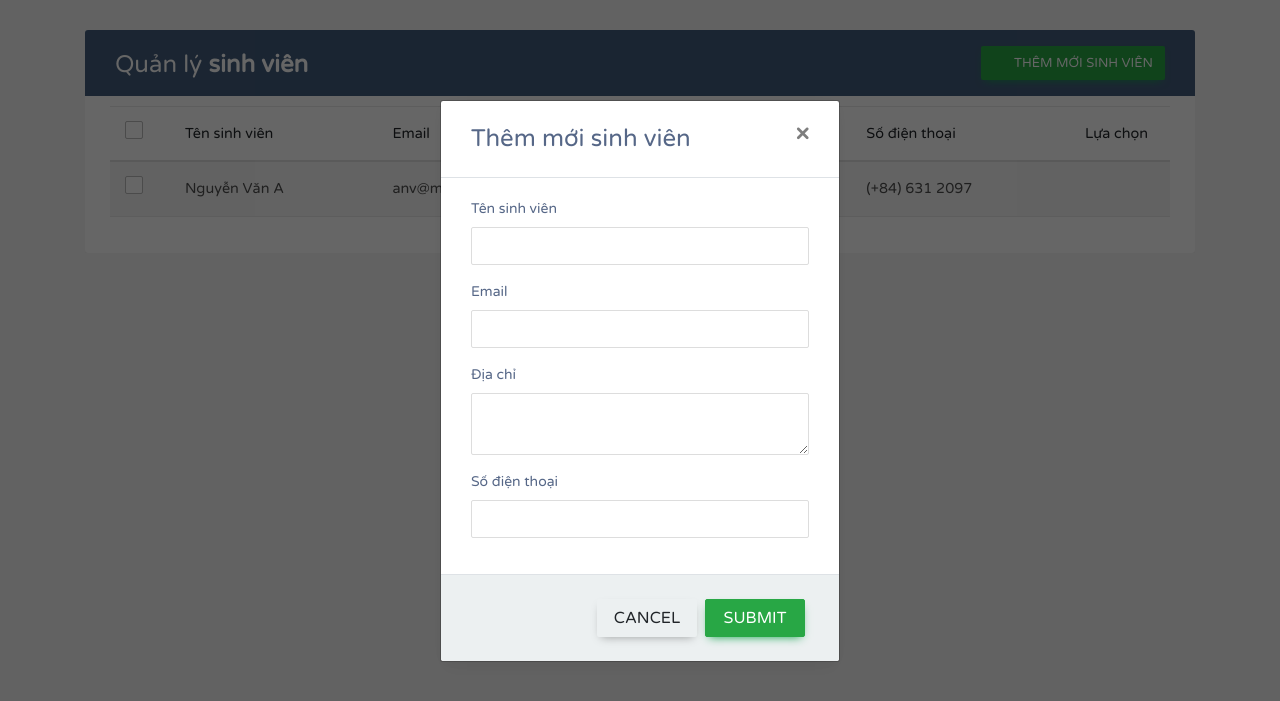
Repository: TinhTT336/MD02_Session06
Page: /, after clicking the first element matching `a.btn`
The author's editor kept a copy of each file at every save. The page is drawn from the files as they stood at one save, then again after the next save.
The browser window is 1280 px wide. The pictures show the whole page.
Some web libraries are served in a nearby version. The project was rebuilt for these pictures with package versions that can differ from the ones it lists, and the page was loaded fresh each time. Also part of the build but not shown: vite.config.js, src/mini_project/TodoList.jsx, src/mini_project/Todo.jsx, src/base/Input.jsx, src/base/Radio.jsx, src/base/Checkbox.jsx, src/Homework/AddModal.jsx, src/Homework/DeleteModal.jsx and 11 more.

Above is the page before, as saved 2023-09-04 17:29:27.

### index.html
<!doctype html>
<html lang="en">

<head>
  <meta charset="UTF-8" />
  <link rel="icon" type="image/svg+xml" href="/vite.svg" />
  <meta name="viewport" content="width=device-width, initial-scale=1.0" />
  <title>Vite + React</title>
  <link href="https://cdnjs.cloudflare.com/ajax/libs/font-awesome/6.0.0/css/all.min.css" rel="stylesheet" />
  <link href="https://fonts.googleapis.com/css?family=Roboto:300,400,500,700&display=swap" rel="stylesheet" />
  <link href="https://cdnjs.cloudflare.com/ajax/libs/mdb-ui-kit/6.2.0/mdb.min.css" rel="stylesheet" />
  <link rel="stylesheet" href="https://fonts.googleapis.com/css?family=Roboto|Varela+Round">
  <link rel="stylesheet" href="https://stackpath.bootstrapcdn.com/bootstrap/4.5.0/css/bootstrap.min.css">
  <link rel="stylesheet" href="https://fonts.googleapis.com/icon?family=Material+Icons">
  <link rel="stylesheet" href="https://maxcdn.bootstrapcdn.com/font-awesome/4.7.0/css/font-awesome.min.css">
  <link rel="stylesheet" href="./public/css/index.css">

</head>

<body>
  <div id="root"></div>
  <script type="module" src="/src/main.jsx"></script>
</body>

</html>

### public/css/index.css
body {
	color: #566787;
	background: #f5f5f5;
	font-family: 'Varela Round', sans-serif;
	font-size: 13px;
}

.table-responsive {
	margin: 30px 0;
}

.table-wrapper {
	background: #fff;
	padding: 20px 25px;
	border-radius: 3px;
	min-width: 1000px;
	box-shadow: 0 1px 1px rgba(0, 0, 0, .05);
}

.table-title {
	padding-bottom: 15px;
	background: #435d7d;
	color: #fff;
	padding: 16px 30px;
	min-width: 100%;
	margin: -20px -25px 10px;
	border-radius: 3px 3px 0 0;
}

.table-title h2 {
	margin: 5px 0 0;
	font-size: 24px;
}

.table-title .btn-group {
	float: right;
}

.table-title .btn {
	color: #fff;
	float: right;
	font-size: 13px;
	border: none;
	min-width: 50px;
	border-radius: 2px;
	border: none;
	outline: none !important;
	margin-left: 10px;
}

.table-title .btn i {
	float: left;
	font-size: 21px;
	margin-right: 5px;
}

.table-title .btn span {
	float: left;
	margin-top: 2px;
}

table.table tr th,
table.table tr td {
	border-color: #e9e9e9;
	padding: 12px 15px;
	vertical-align: middle;
}

table.table tr th:first-child {
	width: 60px;
}

table.table tr th:last-child {
	width: 100px;
}

table.table-striped tbody tr:nth-of-type(odd) {
	background-color: #fcfcfc;
}

table.table-striped.table-hover tbody tr:hover {
	background: #f5f5f5;
}

table.table th i {
	font-size: 13px;
	margin: 0 5px;
	cursor: pointer;
}

table.table td:last-child i {
	opacity: 0.9;
	font-size: 22px;
	margin: 0 5px;
}

table.table td a {
	font-weight: bold;
	color: #566787;
	display: inline-block;
	text-decoration: none;
	outline: none !important;
}

table.table td a:hover {
	color: #2196F3;
}

table.table td a.edit {
	color: #FFC107;
}

table.table td a.delete {
	color: #F44336;
}

table.table td i {
	font-size: 19px;
}

table.table .avatar {
	border-radius: 50%;
	vertical-align: middle;
	margin-right: 10px;
}

.pagination {
	float: right;
	margin: 0 0 5px;
}

.pagination li a {
	border: none;
	font-size: 13px;
	min-width: 30px;
	min-height: 30px;
	color: #999;
	margin: 0 2px;
	line-height: 30px;
	border-radius: 2px !important;
	text-align: center;
	padding: 0 6px;
}

.pagination li a:hover {
	color: #666;
}

.pagination li.active a,
.pagination li.active a.page-link {
	background: #03A9F4;
}

.pagination li.active a:hover {
	background: #0397d6;
}

.pagination li.disabled i {
	color: #ccc;
}

.pagination li i {
	font-size: 16px;
	padding-top: 6px
}

.hint-text {
	float: left;
	margin-top: 10px;
	font-size: 13px;
}

/* Custom checkbox */
.custom-checkbox {
	position: relative;
}

.custom-checkbox input[type="checkbox"] {
	opacity: 0;
	position: absolute;
	margin: 5px 0 0 3px;
	z-index: 9;
}

.custom-checkbox label:before {
	width: 18px;
	height: 18px;
}

.custom-checkbox label:before {
	content: '';
	margin-right: 10px;
	display: inline-block;
	vertical-align: text-top;
	background: white;
	border: 1px solid #bbb;
	border-radius: 2px;
	box-sizing: border-box;
	z-index: 2;
}

.custom-checkbox input[type="checkbox"]:checked+label:after {
	content: '';
	position: absolute;
	left: 6px;
	top: 3px;
	width: 6px;
	height: 11px;
	border: solid #000;
	border-width: 0 3px 3px 0;
	transform: inherit;
	z-index: 3;
	transform: rotateZ(45deg);
}

.custom-checkbox input[type="checkbox"]:checked+label:before {
	border-color: #03A9F4;
	background: #03A9F4;
}

.custom-checkbox input[type="checkbox"]:checked+label:after {
	border-color: #fff;
}

.custom-checkbox input[type="checkbox"]:disabled+label:before {
	color: #b8b8b8;
	cursor: auto;
	box-shadow: none;
	background: #ddd;
}

/* Modal styles */
.modal .modal-dialog {
	max-width: 400px;
}

.modal .modal-header,
.modal .modal-body,
.modal .modal-footer {
	padding: 20px 30px;
}

.modal .modal-content {
	border-radius: 3px;
	font-size: 14px;
}

.modal .modal-footer {
	background: #ecf0f1;
	border-radius: 0 0 3px 3px;
}

.modal .modal-title {
	display: inline-block;
}

.modal .form-control {
	border-radius: 2px;
	box-shadow: none;
	border-color: #dddddd;
}

.modal textarea.form-control {
	resize: vertical;
}

.modal .btn {
	border-radius: 2px;
	min-width: 100px;
}

.modal form label {
	font-weight: normal;
}

### src/App.jsx
import { useState } from "react";
import reactLogo from "./assets/react.svg";
import viteLogo from "/vite.svg";
import "./App.css";
import TodoList from "./mini_project/TodoList";
import Todo from "./mini_project/Todo";
import Input from "./base/Input";
import Radio from "./base/Radio";
import Checkbox from "./base/Checkbox";
import Index from "./Homework/Index";
import Index_Manager from "./ManagerStudent/Index_Manager";
import Todos from "./mini_project/Todos";
import TodoJob from "./mini_project/TodoJob";
import Index_02 from "./Manager_Student/Index_02";

function App() {
  const [count, setCount] = useState(0);

  return (
    <>
      {/* <TodoList /> */}
      {/* <Todo /> */}
      {/* <Input /> */}
      {/* <Radio /> */}
      {/* <Checkbox /> */}
      {/* <Index /> */}
      {/* <Index_Manager /> */}
      {/* <Todos /> */}
      {/* <TodoJob /> */}
      <Index_02 />
    </>
  );
}

export default App;

### src/App.css
.modal {
  position: fixed;
  top: 0;
  left: 0;
  right: 0;
  bottom: 0;
  background-color: rgba(0, 0, 0, 0.6);
  z-index: 1050;
  display: block !important;
  width: 100%;
  height: 100%;
  overflow: hidden;
  outline: 0;
}

.fade:not(.show) {
  opacity: 1;
}

.modal-dialog {
  margin-top: 150px;
}

### src/Manager_Student/Index_02.jsx
import React from 'react'
import List_Student from './List_Student'

export default function Index_02() {
    return (
        <div>
            <List_Student />
        </div>
    )
}

### src/Manager_Student/List_Student.jsx
import React, { useState } from 'react'
import AddForm from './AddForm';

export default function List_Student() {
    const [showAdd, setShowAdd] = useState(false);
    const [showEdit, setShowEdit] = useState(false);
    const [showDelete, setShowDelete] = useState(false);

    // ham hien form add
    const handleShowAdd = () => {
        setShowAdd(true);
    }
    //ham an form add
    const handleCloseAdd = () => {
        setShowAdd(false);
    }
    return (
        <>
            {showAdd ? (<AddForm handleCloseAdd={handleCloseAdd} />) : (<></>)}
            <div className="container-xl">
                <div className="table-responsive">
                    <div className="table-wrapper">
                        <div className="table-title">
                            <div className="row">
                                <div className="col-sm-6">
                                    <h2>
                                        Quản lý <b>sinh viên</b>
                                    </h2>
                                </div>
                                <div className="col-sm-6">
                                    <a onClick={handleShowAdd}
                                        className="btn
                              btn-success"
                                    >
                                        <i className="material-icons"></i>
                                        <span>Thêm mới sinh viên</span>
                                    </a>
                                </div>
                            </div>
                        </div>
                        <table className="table table-striped table-hover">
                            <thead>
                                <tr>
                                    <th>
                                        <span className="custom-checkbox">
                                            <input type="checkbox" id="selectAll" />
                                            <label htmlFor="selectAll" />
                                        </span>
                                    </th>
                                    <th>Tên sinh viên</th>
                                    <th>Email</th>
                                    <th>Địc chỉ</th>
                                    <th>Số điện thoại</th>
                                    <th>Lựa chọn</th>
                                </tr>
                            </thead>
                            <tbody>
                                <tr>
                                    <td>
                                        <span className="custom-checkbox">
                                            <input
                                                type="checkbox"
                                                id="checkbox5"
                                            />
                                            <label htmlFor="checkbox5" />
                                        </span>
                                    </td>
                                    <td>Nguyễn Văn A</td>
                                    <td>anv@mail.com</td>
                                    <td>Thanh Xuân, Hà Nội</td>
                                    <td>(+84) 631 2097</td>
                                    <td>
                                        <a className="edit" >
                                            <i
                                                className="material-icons"
                                                title="Edit"
                                            >
                                                
                                            </i>
                                        </a>
                                        <a
                                            href="#deleteEmployeeModal"
                                            className="delete"
                                        >
                                            <i
                                                className="material-icons"
                                                title="Delete"
                                            >
                                                
                                            </i>
                                        </a>
                                    </td>
                                </tr>

                            </tbody>
                        </table>

                    </div>
                </div>
            </div>

        </>
    )
}

### src/Manager_Student/AddForm.jsx
import React, { useState } from 'react'

export default function AddForm({ handleCloseAdd }) {
    // ham dong form add
    const handleClose = () => {
        handleCloseAdd();
    }
    // khai bao state
    const [student, setStudent] = useState({
        studentName: '',
        email: '',
        phone: '',
        address: ''
    })
    return (
        <div>
            <div id="addEmployeeModal" className="modal fade">
                <div className="modal-dialog">
                    <div className="modal-content">
                        <form>
                            <div className="modal-header">
                                <h4 className="modal-title">Thêm mới sinh viên</h4>
                                <button onClick={handleClose}
                                    type="button"
                                    className="close"
                                >
                                    ×
                                </button>
                            </div>
                            <div className="modal-body">
                                <div className="form-group">
                                    <label>Tên sinh viên</label>
                                    <input type="text" className="form-control" required="" />
                                </div>
                                <div className="form-group">
                                    <label>Email</label>
                                    <input type="email" className="form-control" required="" />
                                </div>
                                <div className="form-group">
                                    <label>Địa chỉ</label>
                                    <textarea className="form-control" required="" defaultValue={""} />
                                </div>
                                <div className="form-group">
                                    <label>Số điện thoại</label>
                                    <input type="text" className="form-control" required="" />
                                </div>
                            </div>
                            <div className="modal-footer">
                                <input onClick={handleClose}
                                    type="button"
                                    className="btn btn-default"
                                    data-dismiss="modal"
                                    defaultValue="Cancel"
                                />
                                <input type="submit" className="btn btn-success" defaultValue="Add" />
                            </div>
                        </form>
                    </div>
                </div>
            </div>

        </div>
    )
}

Loaded but not shown: src/main.jsx (common file)

After the next save:
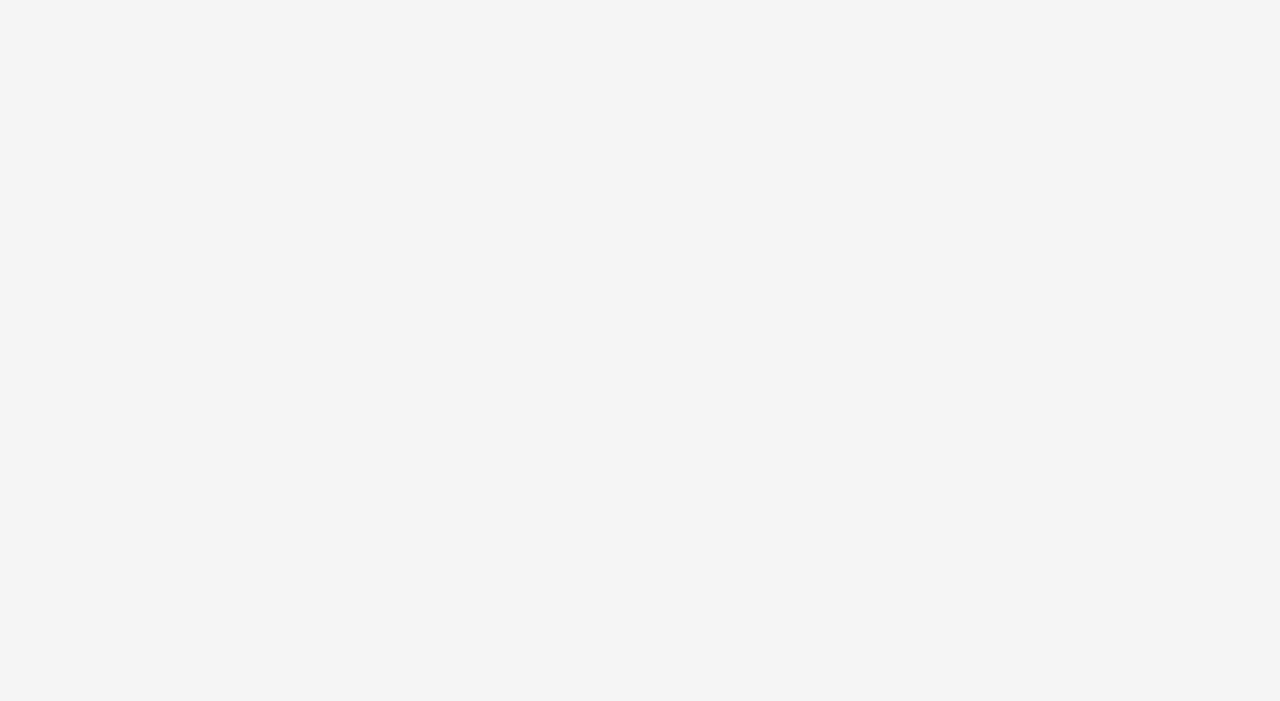
Console error: ReferenceError: handleChange is not defined
Saved 2 min 31 s later.
--- a/src/Manager_Student/AddForm.jsx
+++ b/src/Manager_Student/AddForm.jsx
@@ -30,19 +30,19 @@ export default function AddForm({ handleCloseAdd }) {
                             <div className="modal-body">
                                 <div className="form-group">
                                     <label>Tên sinh viên</label>
-                                    <input type="text" className="form-control" required="" />
+                                    <input type="text" className="form-control" name="studentName" onChange={handleChange} />
                                 </div>
                                 <div className="form-group">
                                     <label>Email</label>
-                                    <input type="email" className="form-control" required="" />
+                                    <input type="email" className="form-control" name="email" onChange={handleChange} />
                                 </div>
                                 <div className="form-group">
                                     <label>Địa chỉ</label>
-                                    <textarea className="form-control" required="" defaultValue={""} />
+                                    <textarea className="form-control" name="address" onChange={handleChange} />
                                 </div>
                                 <div className="form-group">
                                     <label>Số điện thoại</label>
-                                    <input type="text" className="form-control" required="" />
+                                    <input type="text" className="form-control" name="phone" onChange={handleChange} />
                                 </div>
                             </div>
                             <div className="modal-footer">

After the save that followed:
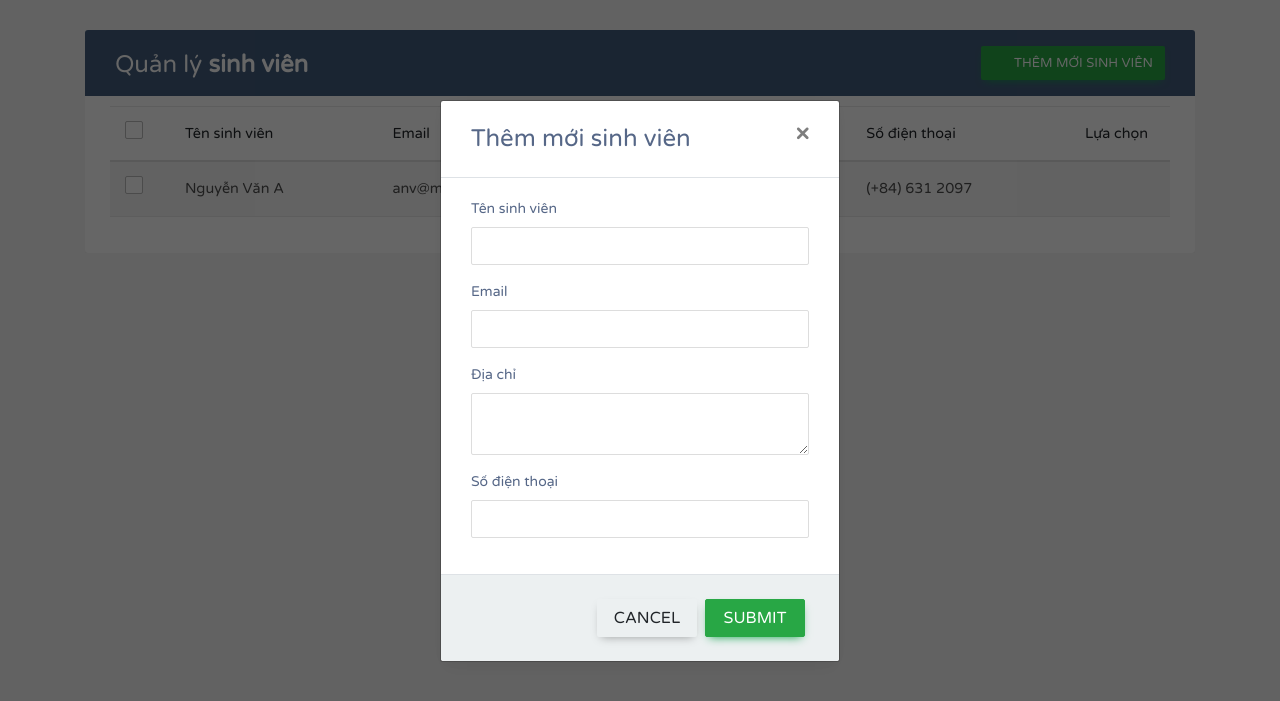
The error is gone.
Saved 47 s later.
--- a/src/Manager_Student/AddForm.jsx
+++ b/src/Manager_Student/AddForm.jsx
@@ -12,6 +12,14 @@ export default function AddForm({ handleCloseAdd }) {
         phone: '',
         address: ''
     })
+    // ham lay du lieu tu o input
+    const handleChange = (e) => {
+        const { name, value } = e.target;
+        setStudent({
+            ...student,
+            [name]: value
+        })
+    }
     return (
         <div>
             <div id="addEmployeeModal" className="modal fade">
